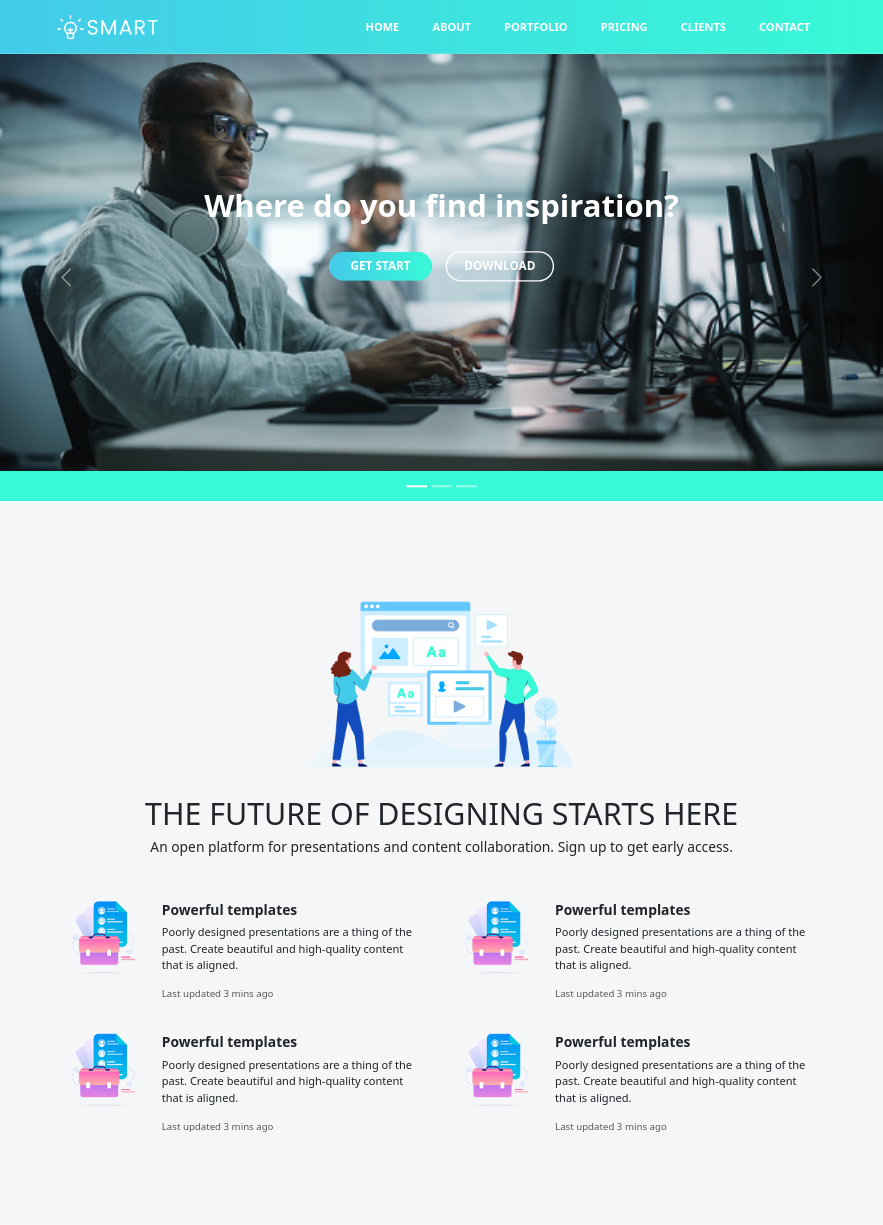
Repository: rizwan-zafar/smart-React
Page: /
An editor plug-in stored every save of this project. The page is shown before and after a run of saves, followed by the edit.
The browser window is 1280 px wide. The pictures show the whole page, at 69% of full size.
The project was rebuilt for these pictures with package versions that can differ from the ones it lists, and the page was loaded fresh each time.

Above is the page before, as saved 2022-11-17 11:44:51.

After the next 2 saves:
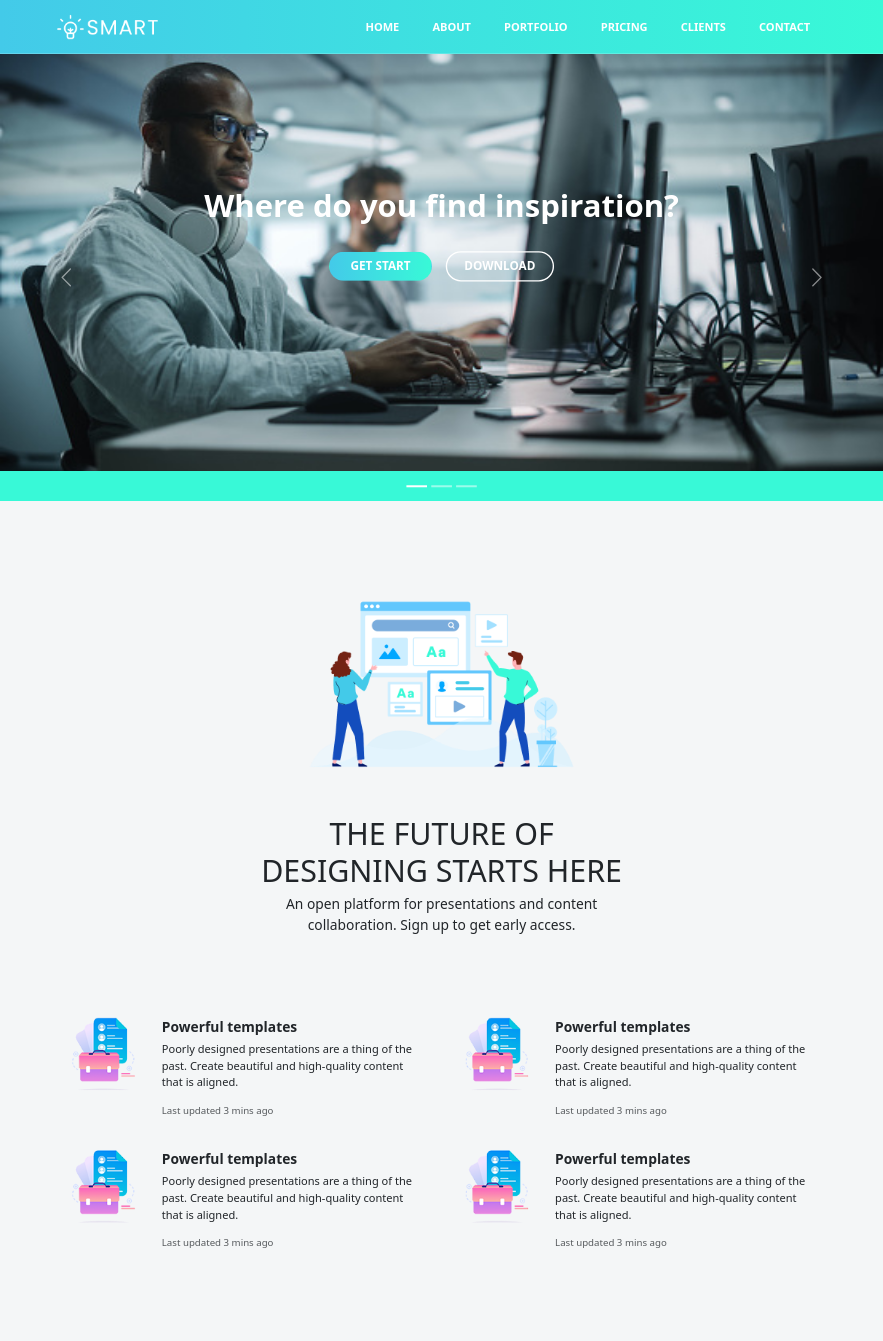
The 2 saves are shown as one change because they came seconds apart.
The last was saved 5 s later.
--- a/src/Css/Services.css
+++ b/src/Css/Services.css
@@ -2,6 +2,11 @@
     padding-top: 100px;
     padding-bottom: 100px;
     background-color: #f4f6f7;
+}
+.services .custom-container {
+    max-width: 600px;
+    margin-top: 30px;
+    padding-bottom: 40px;
 }
 
 .services .custom-container h4 {
